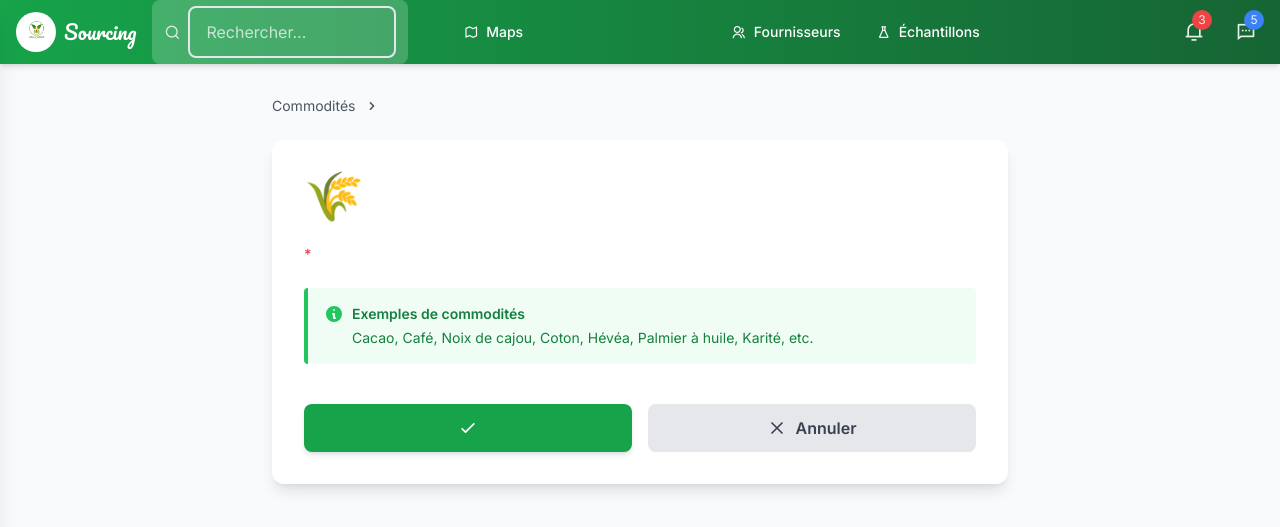
Repository: kaboreibrahim/sourcing
Page: commodites/templates/commodite_form.html
The author's editor kept a copy of each file at every save. The page is drawn from the files as they stood at one save, then again after the next save.
The browser window is 1280 px wide. The pictures show the whole page.
Some web libraries are served in a nearby version. The template is drawn by Django 4.2. The application's start-up code is not run. Other server files are loaded and not shown. The template is opened directly, without the code that normally fills it, so the values that code supplies are empty.

Above is the page before, as saved 2025-10-20 12:28:14.
Console error: TypeError: Cannot set properties of null (setting 'textContent')

### commodites/templates/commodite_form.html
{% extends "layouts/base.html" %}
{% load static %}
{% load i18n %}

{% block title %}{{ title }}{% endblock %}

{% block content %}
<div class="container mx-auto px-4 py-8 max-w-3xl">
    <!-- Breadcrumb -->
    <nav class="mb-6 text-sm">
        <ol class="flex items-center gap-2 text-gray-600">
            <li><a href="{% url 'commodite-list' %}" class="hover:text-green-600">{% trans "Commodités" %}</a></li>
            <li><svg class="w-4 h-4" fill="currentColor" viewBox="0 0 20 20"><path fill-rule="evenodd" d="M7.293 14.707a1 1 0 010-1.414L10.586 10 7.293 6.707a1 1 0 011.414-1.414l4 4a1 1 0 010 1.414l-4 4a1 1 0 01-1.414 0z" clip-rule="evenodd"></path></svg></li>
            <li class="text-gray-800 font-semibold">{{ title }}</li>
        </ol>
    </nav>

    <!-- Formulaire -->
    <div class="bg-white rounded-xl shadow-lg p-8">
        <div class="flex items-center gap-4 mb-6">
            <span class="text-5xl">🌾</span>
            <h1 class="text-3xl font-bold text-gray-800">{{ title }}</h1>
        </div>

        <form method="post" class="space-y-6">
            {% csrf_token %}

            {% if form.non_field_errors %}
                <div class="bg-red-50 border-l-4 border-red-500 p-4 rounded">
                    <div class="flex">
                        <svg class="w-5 h-5 text-red-500 mr-2" fill="currentColor" viewBox="0 0 20 20">
                            <path fill-rule="evenodd" d="M10 18a8 8 0 100-16 8 8 0 000 16zM8.707 7.293a1 1 0 00-1.414 1.414L8.586 10l-1.293 1.293a1 1 0 101.414 1.414L10 11.414l1.293 1.293a1 1 0 001.414-1.414L11.414 10l1.293-1.293a1 1 0 00-1.414-1.414L10 8.586 8.707 7.293z" clip-rule="evenodd"></path>
                        </svg>
                        <div class="text-red-700">
                            {{ form.non_field_errors }}
                        </div>
                    </div>
                </div>
            {% endif %}

            <!-- Champ Nom -->
            <div>
                <label for="{{ form.nom.id_for_label }}" class="block text-sm font-semibold text-gray-700 mb-2">
                    {{ form.nom.label }} <span class="text-red-500">*</span>
                </label>
                {{ form.nom }}
                {% if form.nom.help_text %}
                    <p class="mt-1 text-sm text-gray-500">{{ form.nom.help_text }}</p>
                {% endif %}
                {% if form.nom.errors %}
                    <p class="mt-1 text-sm text-red-600">{{ form.nom.errors.0 }}</p>
                {% endif %}
            </div>

            <!-- Note informative -->
            <div class="bg-green-50 border-l-4 border-green-500 p-4 rounded">
                <div class="flex">
                    <svg class="w-5 h-5 text-green-500 mr-2" fill="currentColor" viewBox="0 0 20 20">
                        <path fill-rule="evenodd" d="M18 10a8 8 0 11-16 0 8 8 0 0116 0zm-7-4a1 1 0 11-2 0 1 1 0 012 0zM9 9a1 1 0 000 2v3a1 1 0 001 1h1a1 1 0 100-2v-3a1 1 0 00-1-1H9z" clip-rule="evenodd"></path>
                    </svg>
                    <div class="text-sm text-green-700">
                        <p class="font-semibold mb-1">{% trans "Exemples de commodités" %}</p>
                        <p>{% trans "Cacao, Café, Noix de cajou, Coton, Hévéa, Palmier à huile, Karité, etc." %}</p>
                    </div>
                </div>
            </div>

            <!-- Boutons -->
            <div class="flex gap-4 pt-4">
                <button type="submit"
                        class="flex-1 bg-green-600 hover:bg-green-700 text-white font-semibold px-6 py-3 rounded-lg shadow-md transition flex items-center justify-center gap-2">
                    <svg class="w-5 h-5" fill="none" stroke="currentColor" viewBox="0 0 24 24">
                        <path stroke-linecap="round" stroke-linejoin="round" stroke-width="2" d="M5 13l4 4L19 7"></path>
                    </svg>
                    {{ button_text }}
                </button>
                <a href="{% url 'commodite-list' %}"
                   class="flex-1 bg-gray-200 hover:bg-gray-300 text-gray-700 font-semibold px-6 py-3 rounded-lg text-center transition flex items-center justify-center gap-2">
                    <svg class="w-5 h-5" fill="none" stroke="currentColor" viewBox="0 0 24 24">
                        <path stroke-linecap="round" stroke-linejoin="round" stroke-width="2" d="M6 18L18 6M6 6l12 12"></path>
                    </svg>
                    {% trans "Annuler" %}
                </a>
            </div>
        </form>
    </div>
</div>

<style>
    input[type="text"], textarea {
        width: 100%;
        padding: 0.75rem 1rem;
        border: 2px solid #e5e7eb;
        border-radius: 0.5rem;
        font-size: 1rem;
        transition: all 0.3s;
    }

    input[type="text"]:focus, textarea:focus {
        outline: none;
        border-color:rgba(4, 155, 49, 0.55);
        box-shadow: 0 0 0 3px rgba(59, 130, 246, 0.1);
    }

    input[type="text"].error, textarea.error {
        border-color: #ef4444;
    }
</style>
{% endblock %}

### templates/layouts/base.html
{% load static %}
<!DOCTYPE html>
<html lang="fr">
<head>
    <meta charset="UTF-8">
    <meta name="viewport" content="width=device-width, initial-scale=1.0">
    <meta name="description" content="Sourcing - oils of africa">
    <meta name="user-authenticated" content="{% if user.is_authenticated %}true{% else %}false{% endif %}">
    <title>{% block title %}Sourcing - oils of africa {% endblock %}</title>
    <link rel="stylesheet" href="{% static 'css/index.css' %}">
    <link rel="stylesheet" href="https://cdnjs.cloudflare.com/ajax/libs/font-awesome/6.4.0/css/all.min.css">
    <!-- Tailwind CSS -->
    <script src="https://cdn.tailwindcss.com/3.4.16"></script>
    <script>
        tailwind.config = {
            theme: {
                extend: {
                    colors: {
                        primary: '#8B5A2B',
                        secondary: '#D2B48C'
                    },
                    borderRadius: {
                        'none': '0px',
                        'sm': '4px',
                        DEFAULT: '8px',
                        'md': '12px',
                        'lg': '16px',
                        'xl': '20px',
                        '2xl': '24px',
                        '3xl': '32px',
                        'full': '9999px',
                        'button': '8px'
                    }
                }
            }
        }
    </script>

    <!-- Google Fonts -->
    <link rel="preconnect" href="https://fonts.googleapis.com">
    <link rel="preconnect" href="https://fonts.gstatic.com" crossorigin>
    <link href="https://fonts.googleapis.com/css2?family=Pacifico&display=swap" rel="stylesheet">
    <link href="https://fonts.googleapis.com/css2?family=Montserrat:wght@300;400;500;600;700&display=swap" rel="stylesheet">

    <!-- Remix Icons -->
    <link rel="stylesheet" href="https://cdnjs.cloudflare.com/ajax/libs/remixicon/4.6.0/remixicon.min.css">

    <!-- Swiper CSS -->
    <link rel="stylesheet" href="https://cdn.jsdelivr.net/npm/swiper@8/swiper-bundle.min.css" />

    <!-- Custom Styles -->
    <style>
        body {
            font-family: 'Montserrat', sans-serif;
        }
        .font-pacifico {
            font-family: 'Pacifico', cursive;
        }
        .glass-effect {
            backdrop-filter: blur(10px);
            background: rgba(255, 255, 255, 0.4);
        }
        .scroll-to-top {
            opacity: 0;
            visibility: hidden;
            transition: opacity 0.3s ease, visibility 0.3s ease, transform 0.3s ease;
        }
        .scroll-to-top.show {
            opacity: 1;
            visibility: visible;
        }
        .scroll-to-top:hover {
            transform: translateY(-5px);
        }

        /* Animation du bouton quand ajouté */
        button.added {
        background-color: #22c55e !important; /* vert */
        color: white !important;
        transform: scale(1.05);
        transition: all 0.3s ease;
        }
    </style>

    {% block extra_css %}{% endblock %}
</head>
<body class="bg-gray-50">

    <!-- Header -->
    {% include "layouts/header.html" %}

    <!-- Main Content -->
    <main>
        {% block content %}
        <!-- Le contenu des pages sera inséré ici -->

        <!-- Scroll to Top Button -->
        <button id="scrollToTop" class="scroll-to-top fixed bottom-8 right-8 z-50 w-12 h-12 glass-effect rounded-full shadow-lg border border-white/30 flex items-center justify-center text-primary hover:text-primary/80 transition-colors" aria-label="Retour en haut">
          <i class="ri-arrow-up-line text-2xl"></i>
      </button>
        {% endblock content %}
    </main>




    <!-- Notifications/Messages -->
    <div class="container-fluid">
        {% include "layouts/_message.html" %}
    </div>

</body>
</html>

### templates/layouts/_message.html
<style>
    .notification-container {
        position: fixed;
        bottom: 20px;
        right: 20px;
        z-index: 1000;
        max-width: 350px;
        width: 100%;
    }

    .notification {
        position: relative;
        padding: 15px 20px;
        margin-bottom: 10px;
        border-radius: 8px;
        color: white;
        display: flex;
        align-items: center;
        box-shadow: 0 4px 12px rgba(0, 0, 0, 0.15);
        transform: translateX(120%);
        animation: slideIn 0.3s forwards;
        opacity: 0;
    }

    .notification.success {
        background-color: #10B981;
    }

    .notification.error {
        background-color: #EF4444;
    }

    .notification.warning {
        background-color: #F59E0B;
    }

    .notification.info {
        background-color: #3B82F6;
    }

    .notification .close-btn {
        position: absolute;
        top: 10px;
        right: 10px;
        background: none;
        border: none;
        color: white;
        cursor: pointer;
        font-size: 16px;
        opacity: 0.8;
    }

    .notification .close-btn:hover {
        opacity: 1;
    }

    .notification .icon {
        margin-right: 12px;
        font-size: 20px;
    }

    .notification .content {
        flex: 1;
    }

    @keyframes slideIn {
        to {
            transform: translateX(0);
            opacity: 1;
        }
    }

    @keyframes slideOut {
        to {
            transform: translateX(120%);
            opacity: 0;
        }
    }
</style>

<div class="notification-container">
    {% for message in messages %}
        {% with message_type=message.tags|default:'info' %}
        {% if 'error' in message.tags %}
            <div class="notification error">
        {% elif 'success' in message.tags %}
            <div class="notification success">
        {% elif 'warning' in message.tags %}
            <div class="notification warning">
        {% else %}
            <div class="notification info">
        {% endif %}
            <span class="icon">
                {% if 'success' in message.tags %}
                    <i class="ri-checkbox-circle-fill"></i>
                {% elif 'error' in message.tags %}
                    <i class="ri-close-circle-fill"></i>
                {% elif 'warning' in message.tags %}
                    <i class="ri-alert-fill"></i>
                {% else %}
                    <i class="ri-information-fill"></i>
                {% endif %}
            </span>
            <div class="content">
                {{ message|safe }}
            </div>
            <button class="close-btn" onclick="this.parentElement.remove()">
                <i class="ri-close-line"></i>
            </button>
        </div>
        {% endwith %}
    {% endfor %}
</div>

<script>
    // Fonction pour fermer automatiquement les notifications après un délai
    function setupNotifications() {
        const notifications = document.querySelectorAll('.notification');

        notifications.forEach((notification, index) => {
            // Délai avant de commencer à fermer (en ms)
            const delay = 5000 + (index * 300);

            // Fermeture automatique après le délai
            const timeoutId = setTimeout(() => {
                notification.style.animation = 'slideOut 0.5s forwards';
                setTimeout(() => notification.remove(), 500);
            }, delay);

            // Annuler la fermeture automatique si la souris est sur la notification
            notification.addEventListener('mouseenter', () => {
                clearTimeout(timeoutId);
            });

            // Redémarrer le timer quand la souris quitte la notification
            notification.addEventListener('mouseleave', () => {
                setTimeout(() => {
                    notification.style.animation = 'slideOut 0.5s forwards';
                    setTimeout(() => notification.remove(), 500);
                }, 3000);
            });
        });
    }

</style>

### static/css/index.css
.swiper {
    width: 100%;
    height: 100vh;
  }

  .swiper-slide {
    position: relative;
    overflow: hidden;
  }

  .swiper-slide img {
    width: 100%;
    height: 100%;
    object-fit: cover;
  }

  .slide-content {
    position: absolute;
    bottom: 0;
    left: 0;
    right: 0;
    padding: 2rem;
    background: linear-gradient(to top, rgba(0,0,0,0.7) 0%, rgba(0,0,0,0) 100%);
    color: white;
    z-index: 10;
  }

  .swiper-pagination-bullet {
    background: white !important;
    opacity: 0.7 !important;
    width: 12px !important;
    height: 12px !important;
    margin: 0 8px !important;
  }

  .swiper-pagination-bullet-active {
    background: #53d9068e !important;
    opacity: 1 !important;
  }

  .swiper-button-next,
  .swiper-button-prev {
    color: white !important;
    --swiper-navigation-size: 30px;
    --swiper-navigation-top-offset: 50%;
    --swiper-navigation-sides-offset: 30px;
  }

.line-clamp-2 {
    display: -webkit-box;
    -webkit-line-clamp: 2;
    -webkit-box-orient: vertical;
    overflow: hidden;
}

/* Animation pour les cartes */
@keyframes fadeInUp {
    from {
        opacity: 0;
        transform: translateY(30px);
    }
    to {
        opacity: 1;
        transform: translateY(0);
    }
}

.group {
    animation: fadeInUp 0.6s ease-out;
}

/* Animation de bounce pour le scroll indicator */
@keyframes bounce {
    0%, 100% {
        transform: translateY(0) translateX(-50%);
        animation-timing-function: cubic-bezier(0.8,0,1,1);
    }
    50% {
        transform: translateY(-25%) translateX(-50%);
        animation-timing-function: cubic-bezier(0,0,0.2,1);
    }
}

.animate-bounce {
    animation: bounce 1s infinite;
}

/* Améliorations pour les hover effects */
.group:hover .group-hover\:scale-105 {
    transform: scale(1.05);
}

.group:hover .group-hover\:scale-110 {
    transform: scale(1.10);
}

.group:hover .group-hover\:opacity-100 {
    opacity: 1;
}

.group:hover .group-hover\:translate-x-1 {
    transform: translateX(0.25rem);
}

.group:hover .group-hover\:-translate-y-2 {
    transform: translateY(-0.5rem);
}

.group:hover .group-hover\:-translate-y-3 {
    transform: translateY(-0.75rem);
}

/* Transitions fluides */
* {
    transition-timing-function: cubic-bezier(0.4, 0, 0.2, 1);
}

/* Responsive improvements */
@media (max-width: 640px) {
    .text-5xl.md\:text-7xl {
        font-size: 2.5rem;
    }

    .text-3xl.md\:text-4xl {
        font-size: 1.5rem;
    }

    .py-24 {
        padding-top: 4rem;
        padding-bottom: 4rem;
    }
}

/* Animation du bouton quand ajouté */
button.added {
  background-color: #22c55e !important; /* vert */
  color: white !important;
  transform: scale(1.05);
  transition: all 0.3s ease;
}

Loaded but not shown: templates/layouts/header.html (403 lines, source omitted)

After the next save:
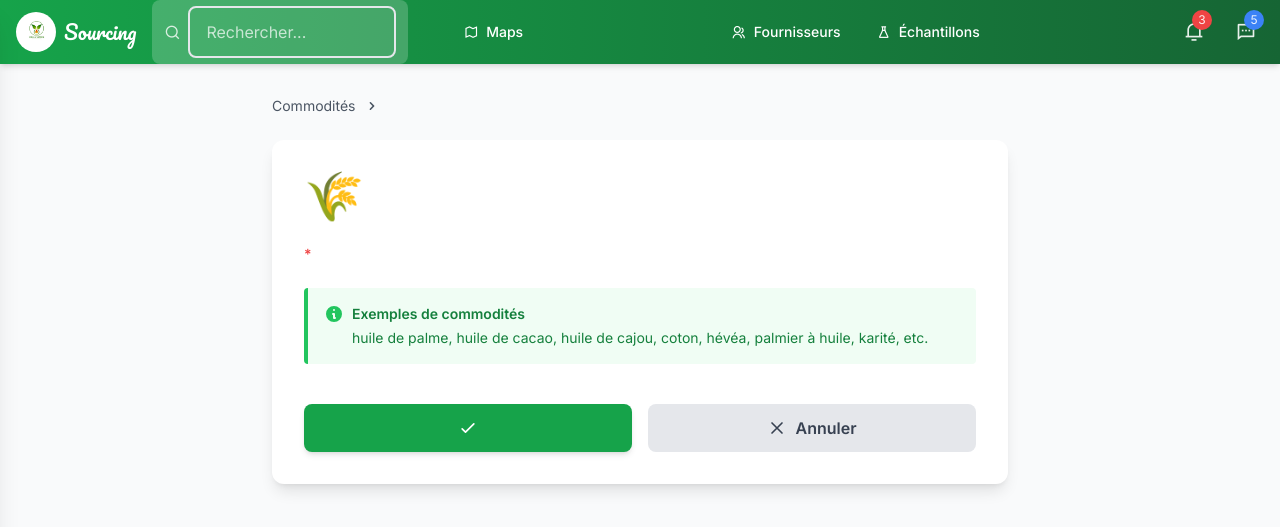
Saved 6 min 50 s later.
--- a/commodites/templates/commodite_form.html
+++ b/commodites/templates/commodite_form.html
@@ -60,7 +60,7 @@
                     </svg>
                     <div class="text-sm text-green-700">
                         <p class="font-semibold mb-1">{% trans "Exemples de commodités" %}</p>
-                        <p>{% trans "Cacao, Café, Noix de cajou, Coton, Hévéa, Palmier à huile, Karité, etc." %}</p>
+                        <p>{% trans "huile de palme, huile de cacao, huile de cajou, coton, hévéa, palmier à huile, karité, etc." %}</p>
                     </div>
                 </div>
             </div>
